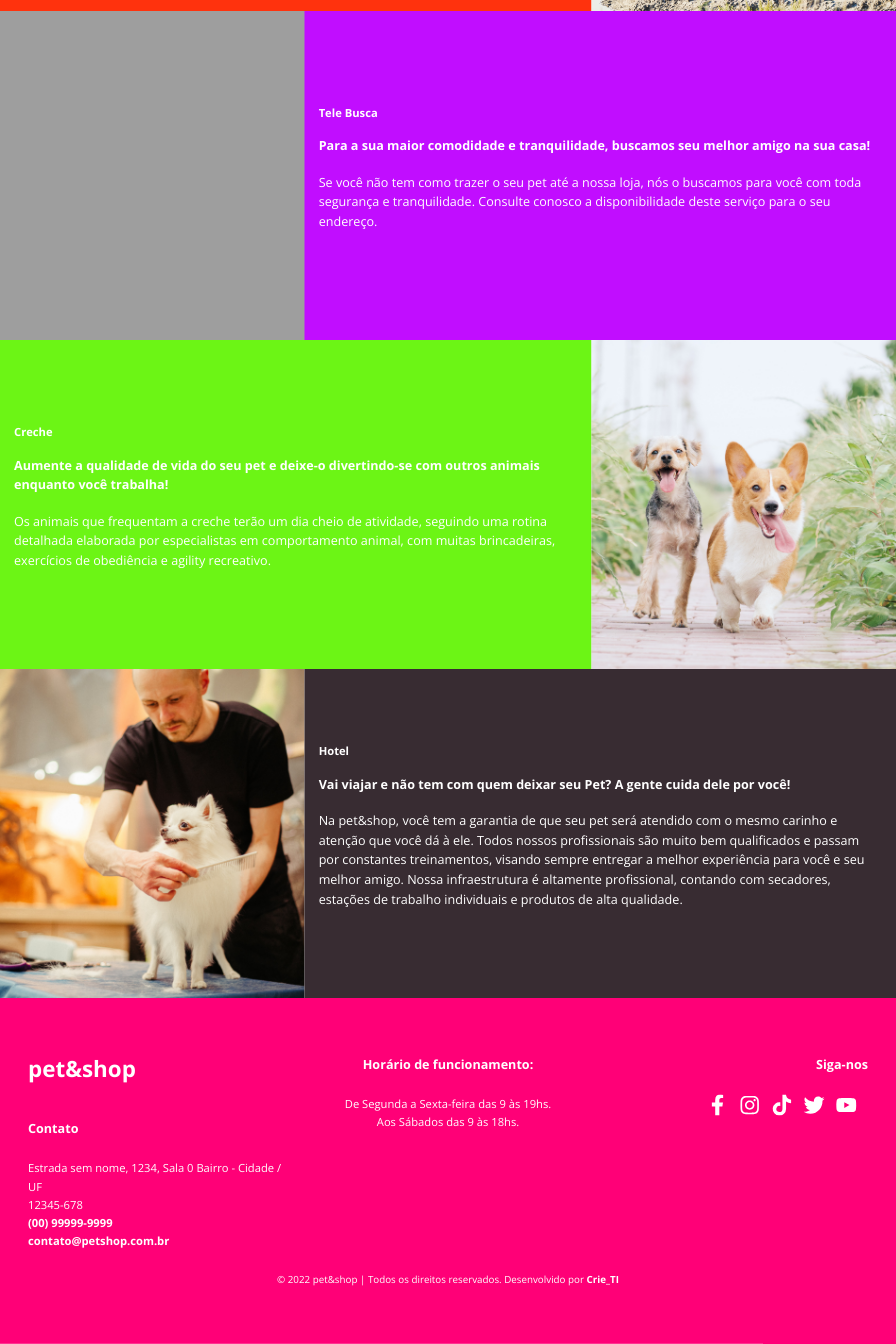
Repository: EzequielKaiber/pet-e-shop
Page: servicos.html
These files come from the project's save history. The page is drawn as it stood at one moment and after the next save; the edit follows.
The browser window is 1280 px wide. The pictures show the part of the page from y = 1964 to 3884 px (the page is 3884 px tall), at 70% of full size.
Pictures or frames that could not be fetched are drawn as grey boxes.

Above is the page before, as saved 2022-04-26 14:09:09.

### servicos.html
<!DOCTYPE html>
<html lang="en">
<head>
    <meta charset="UTF-8">
    <meta http-equiv="X-UA-Compatible" content="IE=edge">
    <meta name="viewport" content="width=device-width, initial-scale=1.0">
    <title>Produtos</title>
    <link rel="stylesheet" href="css/header.css">
    <link rel="stylesheet" href="css/style.css">
    <link rel="stylesheet" href="css/footer.css">
    <link href="https://fonts.googleapis.com/css2?family=Open+Sans:wght@400;700&display=swap" rel="stylesheet">
</head>
<body class="page-servios">
    <header>
        <div class="container">
            <div class="header-itens">
                <a href="./">
                    <div class="logo" style="background-image: url(img/logo-colored.svg);"></div>
                </a>
                <nav class="menu">
                    <ul>
                        <li>
                            <a href="./index.html">Home</a>
                        </li>
                        <li>
                            <a href="./sobre.html">Sobre</a>
                        </li>
                        <li>
                            <a href="./produtos.html">Produtos</a>
                        </li>
                        <li class="active">
                            <a href="./servicos.html">Serviços</a>
                        </li>
                        <li>
                            <a href="./fale-conosco.html">Fale conosco</a>
                        </li>
                    </ul>
                </nav>
            </div>
        </div>
    </header>
    <div class="servios-list">
        <div class="list-item">
            <div class="left">
                <div class="image" style="background-image: url(img/Serviços/bath-and-groom.jpg);"></div>
            </div>
            <div class="right">
                <h2>Banho e Tosa</h2>
                <p><b>Dispomos de uma equipe especializada e treinada para realizar o banho e tosa do seu pet,
                    com todo o cuidado necessário e com os melhores produtos do mercado!</b></p>
                <p>
                    Na pet&shop, você tem a garantia de que seu pet será atendido com o mesmo carinho e atenção
                    que você dá à ele. Todos nossos profissionais são muito bem qualificados e passam por
                    constantes treinamentos, visando sempre entregar a melhor experiência para você e seu melhor
                    amigo. Nossa infraestrutura é altamente profissional, contando com secadores, estações de
                    trabalho individuais e produtos de alta qualidade.
                </p>
            </div>
        </div>
        <div class="list-item">
            <div class="right rosa white">
                <h2>Centro Médicos</h2>
                <p><b>Aqui você encontrará uma clínica veterinária completa, com médicos veterinários formados e instalações especializadas!</b></p>
                <p>
                    Nós nos preocupamos em oferecer sempre o melhor atendimento. Nossos veterinários são experientes, possuem treinamento, capacitação e certificados, tendo à disposição todos os equipamentos necessários para tratar o seu pet, bem como os melhores medicamentos do mercado. Nossos profissionais estão sempre disponíveis para sanar suas dúvidas e fornecer informações sobre a saúde do seu pet.
                </p>
            </div>
            <div class="left">
                <div class="image" style="background-image: url(img/Serviços/medical-center.jpg);"></div>
            </div>
        </div>
        <div class="list-item">
            <div class="left">
                <div class="image" style="background-image: url(img/Serviços/drugstore.jpg);"></div>
            </div>
            <div class="right azul white">
                <h2>Farmácia Pet</h2>
                <p><b>Na pet&shop você encontra uma grande variedade de remédios e produtos voltados à saúde do seu pet!</b></p>
                <p>
                    Trabalhamos com uma grande variedade de produtos para a saúde animal, todos com certificações e comprovações de efetividade. Possuímos produtos nacionais e importados, além de uma fábrica própria para manipulação de um produto customizado.
                </p>
            </div>
        </div>
        <div class="list-item">
            <div class="right vermelho white">
                <h2>Tele Entrega</h2>
                <p><b>Se a ração do seu pet acabou ou se você precisa de qualquer outro produto, nós o entregamos na sua casa!</b></p>
                <p>
                    Realizamos tele-entregas para toda a região, visando facilitar ainda mais sua rotina. Em compras acima de R$ 50,00, o frete é por nossa conta!
                </p>
            </div>
            <div class="left">
                <div class="image" style="background-image: url(img/Serviços/delivery.jpg);"></div>
            </div>
        </div>
        <div class="list-item">
            <div class="left">
                <div class="image" style="background-image: url(img/Serviços/pick-up.jpg);"></div>
            </div>
            <div class="right roxo white">
                <h2>Tele Busca</h2>
                <p><b>Para a sua maior comodidade e tranquilidade, buscamos seu melhor amigo na sua casa!</b></p>
                <p>
                    Se você não tem como trazer o seu pet até a nossa loja, nós o buscamos para você com toda segurança e tranquilidade. Consulte conosco a disponibilidade deste serviço para o seu endereço.
                </p>
            </div>
        </div>
        <div class="list-item">
            <div class="right verde white">
                <h2>Creche</h2>
                <p><b>Aumente a qualidade de vida do seu pet e deixe-o divertindo-se com outros animais enquanto você trabalha!</b></p>
                <p>
                    Os animais que frequentam a creche terão um dia cheio de atividade, seguindo uma rotina detalhada elaborada por especialistas em comportamento animal, com muitas brincadeiras, exercícios de obediência e agility recreativo.
                </p>
            </div>
            <div class="left">
                <div class="image" style="background-image: url(img/Serviços/daycare.jpg);"></div>
            </div>
        </div>
        <div class="list-item">
            <div class="left">
                <div class="image" style="background-image: url(img/Serviços/bath-and-groom.jpg);"></div>
            </div>
            <div class="right cinza white">
                <h2>Hotel</h2>
                <p><b>Vai viajar e não tem com quem deixar seu Pet? A gente cuida dele por você!</b></p>
                <p>
                    Na pet&shop, você tem a garantia de que seu pet será atendido com o mesmo carinho e atenção
                    que você dá à ele. Todos nossos profissionais são muito bem qualificados e passam por
                    constantes treinamentos, visando sempre entregar a melhor experiência para você e seu melhor
                    amigo. Nossa infraestrutura é altamente profissional, contando com secadores, estações de
                    trabalho individuais e produtos de alta qualidade.
                </p>
            </div>
        </div>
    </div>
    <footer>
        <div class="container">
            <div class="footer-itens">
                <div class="footer-item">
                    <h2>pet&shop</h2>
                    <ul>
                        <li class="title">Contato</li>
                        <li>Estrada sem nome, 1234, Sala 0 Bairro - Cidade / UF</li>
                        <li>12345-678</li>
                        <li><a href="tel:(00) 99999-9999">(00) 99999-9999</a></li>
                        <li><a href="mailto:contato@petshop.com.br">contato@petshop.com.br</a></li>
                    </ul>
                </div>
                <div class="footer-item dflex alg-center jcc f-col">
                    <h1>Horário de funcionamento:</h1>
                    <p>De Segunda a Sexta-feira das 9 às 19hs.</p>
                    <p>Aos Sábados das 9 às 18hs.</p>
                </div>
                <div class="footer-item social-items">
                    <h1>Siga-nos</h1>
                    <div class="social">
                        <a href="#">
                            <svg xmlns="http://www.w3.org/2000/svg" viewBox="0 0 320 512"><!--! Font Awesome Pro 6.1.1 by @fontawesome - https://fontawesome.com License - https://fontawesome.com/license (Commercial License) Copyright 2022 Fonticons, Inc. --><path d="M279.14 288l14.22-92.66h-88.91v-60.13c0-25.35 12.42-50.06 52.24-50.06h40.42V6.26S260.43 0 225.36 0c-73.22 0-121.08 44.38-121.08 124.72v70.62H22.89V288h81.39v224h100.17V288z"/></svg>
                        </a>
                        <a href="#">
                            <svg xmlns="http://www.w3.org/2000/svg" viewBox="0 0 448 512"><!--! Font Awesome Pro 6.1.1 by @fontawesome - https://fontawesome.com License - https://fontawesome.com/license (Commercial License) Copyright 2022 Fonticons, Inc. --><path d="M224.1 141c-63.6 0-114.9 51.3-114.9 114.9s51.3 114.9 114.9 114.9S339 319.5 339 255.9 287.7 141 224.1 141zm0 189.6c-41.1 0-74.7-33.5-74.7-74.7s33.5-74.7 74.7-74.7 74.7 33.5 74.7 74.7-33.6 74.7-74.7 74.7zm146.4-194.3c0 14.9-12 26.8-26.8 26.8-14.9 0-26.8-12-26.8-26.8s12-26.8 26.8-26.8 26.8 12 26.8 26.8zm76.1 27.2c-1.7-35.9-9.9-67.7-36.2-93.9-26.2-26.2-58-34.4-93.9-36.2-37-2.1-147.9-2.1-184.9 0-35.8 1.7-67.6 9.9-93.9 36.1s-34.4 58-36.2 93.9c-2.1 37-2.1 147.9 0 184.9 1.7 35.9 9.9 67.7 36.2 93.9s58 34.4 93.9 36.2c37 2.1 147.9 2.1 184.9 0 35.9-1.7 67.7-9.9 93.9-36.2 26.2-26.2 34.4-58 36.2-93.9 2.1-37 2.1-147.8 0-184.8zM398.8 388c-7.8 19.6-22.9 34.7-42.6 42.6-29.5 11.7-99.5 9-132.1 9s-102.7 2.6-132.1-9c-19.6-7.8-34.7-22.9-42.6-42.6-11.7-29.5-9-99.5-9-132.1s-2.6-102.7 9-132.1c7.8-19.6 22.9-34.7 42.6-42.6 29.5-11.7 99.5-9 132.1-9s102.7-2.6 132.1 9c19.6 7.8 34.7 22.9 42.6 42.6 11.7 29.5 9 99.5 9 132.1s2.7 102.7-9 132.1z"/></svg>
                        </a>
                        <a href="#">
                            <svg xmlns="http://www.w3.org/2000/svg" viewBox="0 0 448 512"><!--! Font Awesome Pro 6.1.1 by @fontawesome - https://fontawesome.com License - https://fontawesome.com/license (Commercial License) Copyright 2022 Fonticons, Inc. --><path d="M448,209.91a210.06,210.06,0,0,1-122.77-39.25V349.38A162.55,162.55,0,1,1,185,188.31V278.2a74.62,74.62,0,1,0,52.23,71.18V0l88,0a121.18,121.18,0,0,0,1.86,22.17h0A122.18,122.18,0,0,0,381,102.39a121.43,121.43,0,0,0,67,20.14Z"/></svg>
                        </a>
                        <a href="#">
                            <svg xmlns="http://www.w3.org/2000/svg" viewBox="0 0 512 512"><!--! Font Awesome Pro 6.1.1 by @fontawesome - https://fontawesome.com License - https://fontawesome.com/license (Commercial License) Copyright 2022 Fonticons, Inc. --><path d="M459.37 151.716c.325 4.548.325 9.097.325 13.645 0 138.72-105.583 298.558-298.558 298.558-59.452 0-114.68-17.219-161.137-47.106 8.447.974 16.568 1.299 25.34 1.299 49.055 0 94.213-16.568 130.274-44.832-46.132-.975-84.792-31.188-98.112-72.772 6.498.974 12.995 1.624 19.818 1.624 9.421 0 18.843-1.3 27.614-3.573-48.081-9.747-84.143-51.98-84.143-102.985v-1.299c13.969 7.797 30.214 12.67 47.431 13.319-28.264-18.843-46.781-51.005-46.781-87.391 0-19.492 5.197-37.36 14.294-52.954 51.655 63.675 129.3 105.258 216.365 109.807-1.624-7.797-2.599-15.918-2.599-24.04 0-57.828 46.782-104.934 104.934-104.934 30.213 0 57.502 12.67 76.67 33.137 23.715-4.548 46.456-13.32 66.599-25.34-7.798 24.366-24.366 44.833-46.132 57.827 21.117-2.273 41.584-8.122 60.426-16.243-14.292 20.791-32.161 39.308-52.628 54.253z"/></svg>
                        </a>
                        <a href="#">
                            <svg xmlns="http://www.w3.org/2000/svg" viewBox="0 0 576 512"><!--! Font Awesome Pro 6.1.1 by @fontawesome - https://fontawesome.com License - https://fontawesome.com/license (Commercial License) Copyright 2022 Fonticons, Inc. --><path d="M549.655 124.083c-6.281-23.65-24.787-42.276-48.284-48.597C458.781 64 288 64 288 64S117.22 64 74.629 75.486c-23.497 6.322-42.003 24.947-48.284 48.597-11.412 42.867-11.412 132.305-11.412 132.305s0 89.438 11.412 132.305c6.281 23.65 24.787 41.5 48.284 47.821C117.22 448 288 448 288 448s170.78 0 213.371-11.486c23.497-6.321 42.003-24.171 48.284-47.821 11.412-42.867 11.412-132.305 11.412-132.305s0-89.438-11.412-132.305zm-317.51 213.508V175.185l142.739 81.205-142.739 81.201z"/></svg>
                        </a>
                    </div>
                </div>
            </div>
            <div class="copy">
                <p>© 2022 pet&shop | Todos os direitos reservados. Desenvolvido por <a target="_blank" href="https://www.univates.br/crieti">Crie_TI</a></p>
            </div>
        </div>
    </footer>
</body>
</html>

### css/header.css
* {
    padding: 0;
    margin: 0;
    box-sizing: border-box;
}
header {
    width: 100%;
    height: 100px;
    background-color: #fff;
    box-shadow: 0 3px 6px 0 rgb(0 0 0 / 5%);
    position: fixed;
    top: 0;
    z-index: 999999;
}
header .header-itens {
    display: flex;
    flex-direction: row;
    justify-content: space-between;
    width: 100%;
    height: 100px;
    align-items: center;
}
header .header-itens .logo {
    width: 200px;
    height: 90px;
    background-position: center;
    background-repeat: no-repeat;
    background-size: contain;
}
header .header-itens .menu {
    display: flex;
    flex-direction: row;
}
header .header-itens .menu ul {
    list-style: none;
    display: flex;
    flex-direction: row;
    margin-right: 16px;
}
header .header-itens .menu ul li {
    height: 100%;
    padding: 38px 10px;
    margin-left: 20px;
}
header .header-itens .menu ul li a {
    font-size: 18px;
    line-height: 28px;
    color: #000;
    text-decoration: none;
    transition: ease-in-out 0.32s;
}
header .header-itens .menu ul li a:hover {
    transition: ease-in-out 0.32s;
    color: #f07;
}
header .header-itens .menu ul li.active {
    background-color: #f07;
}
header .header-itens .menu ul li.active a {
    color: #fff;
}

### css/footer.css
footer {
    background-color: #FF0077;
    padding: 80px 0;
}
footer .footer-itens {
    display: flex;
    flex-direction: row;
    justify-content: space-between;
}
footer .footer-itens .footer-item {
    width: calc(33% - 15px);
    height: fit-content;
}
footer .footer-itens .footer-item h2 {
    font-size: 32px;
    line-height: 42px;
    color: #fff;
    margin-bottom: 50px;
}
footer .footer-itens .footer-item ul {
    list-style: none;
    display: flex;
    flex-direction: column;
}
footer .footer-itens .footer-item ul li.title {
    font-size: 18px;
    line-height: 28px;
    color: #fff;
    font-weight: bold;
    margin-bottom: 30px;
}
footer .footer-itens .footer-item ul li {
    font-size: 16px;
    line-height: 26px;
    color: #fff;
}
footer .footer-itens .footer-item ul li a {
    font-size: 16px;
    line-height: 26px;
    color: #fff;
    font-weight: bold;
    text-decoration: none;
}
footer .footer-itens .footer-item h1 {
    font-size: 18px;
    line-height: 28px;
    color: #fff;
    font-weight: bold;
    margin-bottom: 30px;
}
footer .footer-itens .footer-item.social-items {
    align-items: flex-end;
    justify-content: flex-end;
    display: flex;
    flex-direction: column;
}
footer .footer-itens .footer-item p {
    font-size: 16px;
    line-height: 26px;
    color: #fff;
}
footer .footer-itens .footer-item .social {
    display: flex;
    flex-direction: row;
    align-items: flex-end;
}
footer .footer-itens .footer-item .social a {
    display: block;
    height: 30px;
    width: 30px;
    margin-right: 16px;
}
footer .footer-itens .footer-item .social a svg {
    height: 30px;
    width: 30px;
    fill: #fff;
    transition: ease-in-out 0.32s;
    transform: scale(1) rotate(0deg);
}
footer .footer-itens .footer-item .social a:hover svg {
    transform: scale(1.1) rotate(10deg);
    transition: ease-in-out 0.32s;
}
footer .copy {
    display: flex;
    margin-top: 30px;
    flex-direction: row;
    align-items: center;
    justify-content: center;
}
footer .copy p {
    font-size: 14px;
    line-height: 24px;
    color: #fff;
}
footer .copy p a {
    font-size: 14px;
    line-height: 24px;
    color: #fff;
    font-weight: bold;
    text-decoration: none;
}

Loaded but not shown: css/style.css (481 lines, source omitted)

After the next save:
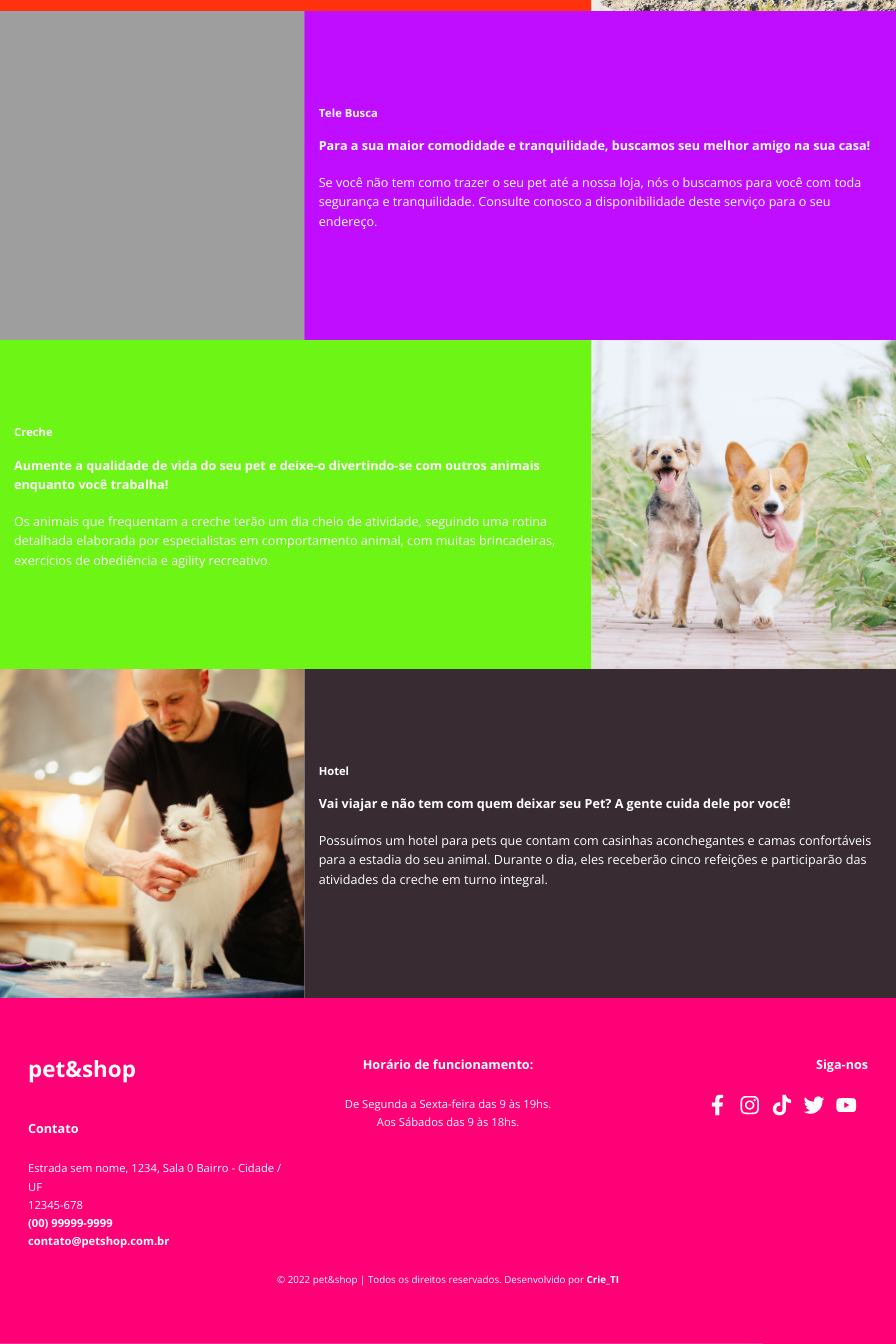
Saved 23 s later.
--- a/servicos.html
+++ b/servicos.html
@@ -125,11 +125,7 @@
                 <h2>Hotel</h2>
                 <p><b>Vai viajar e não tem com quem deixar seu Pet? A gente cuida dele por você!</b></p>
                 <p>
-                    Na pet&shop, você tem a garantia de que seu pet será atendido com o mesmo carinho e atenção
-                    que você dá à ele. Todos nossos profissionais são muito bem qualificados e passam por
-                    constantes treinamentos, visando sempre entregar a melhor experiência para você e seu melhor
-                    amigo. Nossa infraestrutura é altamente profissional, contando com secadores, estações de
-                    trabalho individuais e produtos de alta qualidade.
+                    Possuímos um hotel para pets que contam com casinhas aconchegantes e camas confortáveis para a estadia do seu animal. Durante o dia, eles receberão cinco refeições e participarão das atividades da creche em turno integral.
                 </p>
             </div>
         </div>
